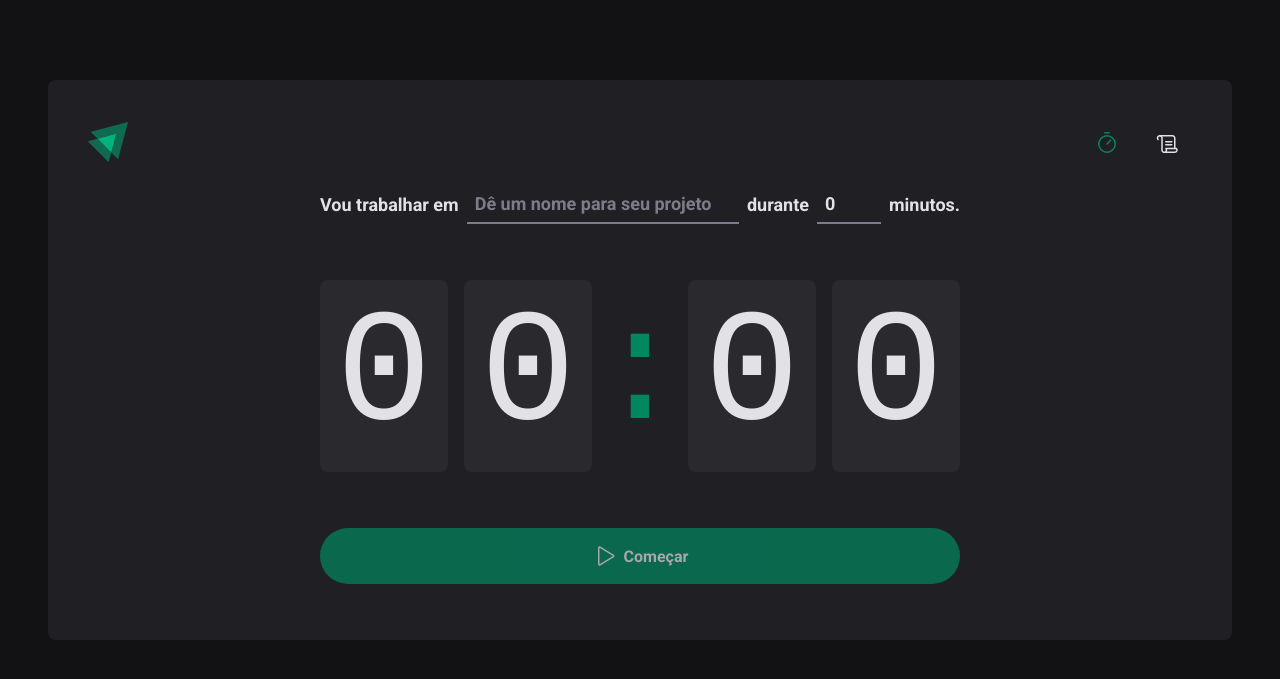
Repository: hercules-ferreira/project-2-timer-todo
Page: /
An editor plug-in stored every save of this project. The page is shown before and after a run of saves, followed by the edit.
The browser window is 1280 px wide. The pictures show the whole page.
The project was rebuilt for these pictures with package versions that can differ from the ones it lists, and the page was loaded fresh each time. Also part of the build but not shown: vite.config.ts, src/pages/History/styles.ts, src/pages/History/index.tsx.

Above is the page before, as saved 2023-08-14 16:04:08.

### index.html
<!doctype html>
<html lang="en">
  <head>
    <meta charset="UTF-8" />
    <link rel="preconnect" href="https://fonts.googleapis.com" />
    <link rel="preconnect" href="https://fonts.gstatic.com" crossorigin />
    <link href="https://fonts.googleapis.com/css2?family=Roboto:wght@400;700&display=swap" rel="stylesheet" />
    <meta name="viewport" content="width=device-width, initial-scale=1.0" />


    <title>Project Timer Todo</title>
  </head>
  <body>
    <div id="root"></div>
    <script type="module" src="/src/main.tsx"></script>
  </body>
</html>

### src/App.tsx
import { ThemeProvider } from "styled-components";
import { defaultTheme } from "./styles/themes/default";
import { GlobalStyle } from "./styles/global";
import { Router } from "./Router";
import { BrowserRouter } from "react-router-dom";
import { createContext } from "react";

export function App() {


  return (
    <BrowserRouter>
      <ThemeProvider theme={defaultTheme}>
        <Router />
        <GlobalStyle />
      </ThemeProvider>
    </BrowserRouter>
  );
}

### src/styles/themes/default.ts
export const defaultTheme = {
    white: "#FFF",

    'gray-100': '#E1E1E6',
    'gray-300': '#C4C4CC',
    'gray-400': '#8D8D99',
    'gray-500': '#7C7C8A',
    'gray-600': '#323238',
    'gray-700': '#29292E',
    'gray-800': '#202024',
    'gray-900': '#121214',

    'green-300': '#00B37E',
    'green-500': '#00875F',
    'green-700': '#015F43',

    'red-500': '#AB222E',
    'red-700': '#7A1921',

    'yellow-500': '#FBA94C',
  }

### src/styles/global.ts
import { createGlobalStyle } from "styled-components";


export const GlobalStyle = createGlobalStyle`

*{
    margin: 0;
    padding: 0;
    box-sizing: border-box;
}

:focus{
    outline: 0;
    box-shadow: 0 0 0 2px ${props => props.theme['gray-500']}
}

body{
    background: ${props => props.theme['gray-900']};
    color: ${props => props.theme['gray-300']};
    -webkit-font-smoothing: antialiased;
}

body, input, textarea, button{
    font-family: 'Roboto', sans-serif;
    font-weight: 400;
    font-size: 1rem;
}`;

### src/Router.tsx
import { Route, Routes } from "react-router-dom"
import { Home } from "./pages/Home"
import { History } from "./pages/History"
import { DefaultLayout } from "./layouts/DefaultLayout"

export function Router(){
    return(
        <Routes>

            <Route path="/" element={<DefaultLayout />}>

                <Route path="/" element={<Home />} />
                <Route path="/history" element={<History />} />

            </Route>





        </Routes>

    )
}

### src/pages/Home/index.tsx
import { HandPalm, Play } from "phosphor-react";
import { FormProvider, useForm } from "react-hook-form";
import { zodResolver } from "@hookform/resolvers/zod";
import * as zod from "zod";
import { createContext, useState } from "react";

import {
  HomeContainer,
  StartCountDownButton,
  StopCountDownButton,
} from "./styles";

import { NewCycleForm } from "./components/NewCycleForm";
import { Countdown } from "./components/Countdown";

interface Cycle {
  id: string;
  task: string;
  minutesAmount: number;
  startDate: Date;
  interruptDate?: Date;
  finishDate?: Date;
}

interface CycleContextType {
  activeCycle: Cycle | undefined;
  activeCycleId: string | null;
  amountSecondsPassed: number;
  markCurrentCycleAsFinished: () => void;
  setSecondsPassed: (seconds: number) => void;
}

export const CycleContext = createContext({} as CycleContextType);

const newCycleFormValidationSchema = zod.object({
  task: zod.string().min(3, "Informe no mínimo 3 caracteres!"),
  minutesAmount: zod
    .number()
    .min(1, "O ciclo de tempo deve ter no mínimo 5 minutos!")
    .max(60, "O ciclo de tempo deve ter no máximo 60 minutos!"),
});

type NewCycleFormData = zod.infer<typeof newCycleFormValidationSchema>;

export function Home() {
  const [cycles, setCycles] = useState<Cycle[]>([]);
  const [activeCycleId, setActiveCycleId] = useState<string | null>(null);
  const [amountSecondsPassed, setAmountSecondsPassed] = useState(0);

  const newCycleForm = useForm<NewCycleFormData>({
    resolver: zodResolver(newCycleFormValidationSchema),
    defaultValues: {
      task: "",
      minutesAmount: 0,
    },
  });

  const { handleSubmit, watch, reset } = newCycleForm;

  const activeCycle = cycles.find((cycle) => cycle.id === activeCycleId);

  function setSecondsPassed(seconds: number) {
    setAmountSecondsPassed(seconds);
  }

  function markCurrentCycleAsFinished() {
    setCycles((state) =>
      state.map((cycle) => {
        if (cycle.id === activeCycleId) {
          return { ...cycle, finishDate: new Date() };
        } else {
          return cycle;
        }
      })
    );
  }

  function handleCreateNewCycle(data: NewCycleFormData) {
    const id = String(new Date().getTime());

    const newCycle: Cycle = {
      id,
      task: data.task,
      minutesAmount: data.minutesAmount,
      startDate: new Date(),
    };
    console.log({ newCycle });

    setCycles([...cycles, newCycle]);
    setActiveCycleId(id);
    setAmountSecondsPassed(0);

    reset();
  }

  function handleInterruptCycle() {
    setCycles((state) =>
      state.map((cycle) => {
        if (cycle.id === activeCycleId) {
          return { ...cycle, interruptDate: new Date() };
        } else {
          return cycle;
        }
      })
    );
    setActiveCycleId(null);
  }

  const task = watch("task");
  const isSubmitDisabled = !task;

  console.log(cycles);

  return (
    <>
      <HomeContainer>
        <form onSubmit={handleSubmit(handleCreateNewCycle)} action="">
          <CycleContext.Provider
            value={{
              activeCycle,
              activeCycleId,
              markCurrentCycleAsFinished,
              amountSecondsPassed,
              setSecondsPassed,
            }}
          >
            <FormProvider {...newCycleForm}>
              <NewCycleForm />
            </FormProvider>
            <Countdown />
          </CycleContext.Provider>

          {activeCycle ? (
            <StopCountDownButton onClick={handleInterruptCycle} type="button">
              <HandPalm size={24} />
              Interromper
            </StopCountDownButton>
          ) : (
            <StartCountDownButton disabled={isSubmitDisabled} type="submit">
              <Play size={24} />
              Começar
            </StartCountDownButton>
          )}
        </form>
      </HomeContainer>
    </>
  );
}

### src/layouts/DefaultLayout/index.tsx
import { Outlet } from "react-router-dom"
import { LayoutContainer } from "./styles"
import { Header } from "../../components/Header"

export function DefaultLayout(){
    return(

        <>
        <LayoutContainer>

        <Header />
       <Outlet />

        </LayoutContainer>
        </>
    )
}

### src/pages/Home/styles.ts
import styled from "styled-components";

export const HomeContainer = styled.main`
flex: 1;
display: flex;
flex-direction: column;
align-items: center;
justify-content: center;

    form{
        display: flex;
        flex-direction: column;
        align-items: center;
        gap: 3.5rem
    }
`;



export const BaseCountDownButton = styled.button`
width: 100%;
border: 0;
padding: 1rem;
border-radius: 8rem;

display: flex;
align-items: center;
justify-content: center;

gap: .5rem;
font-weight: bold;
cursor: pointer;


&:disabled{
    opacity: 0.7;
    cursor: not-allowed;
}
`;


export const StartCountDownButton = styled(BaseCountDownButton)`
background: ${(props) => props.theme['green-500']};
color: ${(props) => props.theme['gray-100']};

&:not(:disabled):hover{
    background: ${(props) => props.theme['green-700']}
}

`


export const StopCountDownButton = styled(BaseCountDownButton)`
background: ${(props) => props.theme['red-500']};
color: ${(props) => props.theme['gray-100']};



&:not(:disabled):hover{
    background: ${(props) => props.theme['red-700']}
}


`

### src/pages/Home/components/NewCycleForm/index.tsx
import { FormContainer, TaskInput, MinutesAmountInput} from './styles';
import { useFormContext } from 'react-hook-form';
import { useContext } from 'react';
import { CycleContext } from '../..';


export function NewCycleForm() {
  const { activeCycle } = useContext(CycleContext)
  const { register } = useFormContext()


  return (
    <FormContainer>
      <label htmlFor="task">Vou trabalhar em</label>
      <TaskInput
        id="task"
        list="task-suggestion"
        placeholder="Dê um nome para seu projeto"
        disabled={!!activeCycle}
        {...register("task")}
      />
      <datalist id="task-suggestion">
        <option value="projeto 1" />
        <option value="projeto 2" />
        <option value="projeto 3" />
      </datalist>

      <label htmlFor="minutesAmount">durante</label>
      <MinutesAmountInput
        type="number"
        id="minutesAmount"
        placeholder="00"
        step={5}
        min={1}
        max={60}
        disabled={!!activeCycle}
        {...register("minutesAmount", { valueAsNumber: true })}
      />
      <span>minutos.</span>
    </FormContainer>
  );
}

### src/pages/Home/components/Countdown/index.tsx
import { CountdownContainer, Separator } from "./styles";
import { useEffect, useContext } from "react";
import { differenceInSeconds } from "date-fns";
import { CycleContext } from "../..";


export function Countdown() {

const {activeCycle, activeCycleId, markCurrentCycleAsFinished, amountSecondsPassed, setSecondsPassed} = useContext(CycleContext)


  const totalSeconds = activeCycle ? activeCycle.minutesAmount * 60 : 0;



  useEffect(() => {
    let interval: number;

    if (activeCycle) {
      interval = setInterval(() => {
        const secondsDifference = differenceInSeconds(
          new Date(),
          activeCycle.startDate
        );
        if (secondsDifference >= totalSeconds) {

          markCurrentCycleAsFinished()

          setSecondsPassed(totalSeconds);

          clearInterval(interval);
        } else {
          setSecondsPassed(secondsDifference);
        }
      }, 1000);
    }

    return () => {
      clearInterval(interval);
    };
  }, [activeCycle, totalSeconds, activeCycleId, markCurrentCycleAsFinished, setSecondsPassed]);


  const currentSeconds = activeCycle ? totalSeconds - amountSecondsPassed : 0;

  const minutesAmount = Math.floor(currentSeconds / 60);
  const secondsAmount = currentSeconds % 60;

  const minutes = String(minutesAmount).padStart(2, "0");
  const seconds = String(secondsAmount).padStart(2, "0");

  useEffect(() => {
    if (activeCycle) {
      document.title = `${minutes}:${seconds}`;
    }
  }, [minutes, seconds, activeCycle]);

  return (
    <CountdownContainer>
      <span>{minutes[0]}</span>
      <span>{minutes[1]}</span>
      <Separator>:</Separator>
      <span>{seconds[0]}</span>
      <span>{seconds[1]}</span>
    </CountdownContainer>
  );
}

### src/layouts/DefaultLayout/styles.ts
import styled from "styled-components";


export const LayoutContainer = styled.div`
    max-width: 74rem;
    height: calc(100vh - 10rem);
    margin: 5rem auto;
    padding: 2.5rem;

    background: ${props => props.theme['gray-800']};
    border-radius: 8px;

    display: flex;
    flex-direction: column;

`;

### src/components/Header/index.tsx
import { HeaderContainer } from "./styles";
import logo from '../../assets/Logo.svg'
import { Timer, Scroll } from "phosphor-react";
import { NavLink } from "react-router-dom";


export function Header(){
    return(

        <>
    <HeaderContainer>
<span><img src={logo} alt="logo"/></span>
        <nav>
        <NavLink to="" title='Timer'>
            <Timer size={24} />
        </NavLink>
        <NavLink to="history" title="Histórico">
          <Scroll size={24} />
        </NavLink>
        </nav>
    </HeaderContainer>

        </>
    )
}

### src/pages/Home/components/NewCycleForm/styles.ts
import styled from "styled-components";


export const FormContainer = styled.div`
width: 100%;
display: flex;
align-items: center;
gap: .5rem;
color: ${props=> props.theme['gray-100']};
font-size: 1.125rem;
font-weight: bold;
flex-wrap: wrap;
`;


const BaseInput = styled.input`
background: transparent;
height: 2.5rem;
border: 0;
border-bottom: 2px solid ${(props) => props.theme['gray-500']};
font-weight: bold;
font-size: 1.125rem;
padding: 0 .5rem;
color: ${(props)=> props.theme['gray-100']};

&::placeholder{
    color: ${(props) => props.theme['gray-500']}
}
&:focus{
    box-shadow: none;
    border-color: ${(props) => props.theme['green-500']}
}


`;



export const TaskInput = styled(BaseInput)`
flex: 1;
&::-webkit-calendar-picker-indicator{
    display:none !important;
}
`;

export const MinutesAmountInput = styled(BaseInput)`
width: 4rem;

`;

### src/pages/Home/components/Countdown/styles.ts
import styled from "styled-components";


export const CountdownContainer = styled.div`
font-family: 'Roboto Mono', monospace;
font-size: 10rem;
line-height: 8rem;
color: ${(props) => props.theme['gray-100']};

display: flex;
gap: 1rem;

span{
    background: ${(props) => props.theme['gray-700']};
    padding: 2rem 1rem;
    border-radius: 8px;
}
`;


export const Separator = styled.div`
padding: 2rem;
color: ${(props) => props.theme['green-500']};
width: 4rem;
overflow: hidden;
display: flex;
justify-content: center;

`;

### src/components/Header/styles.ts
import styled from "styled-components";


export const HeaderContainer = styled.header`
display: flex;
align-items: center;
justify-content: space-between;

nav{
    display: flex;
    gap: .8rem;


    a{
        width: 3rem;
        height: 3rem;
        display: flex;

        justify-content: center;
        align-items: center;

        color: ${(props) => props.theme['gray-100']};

        border-top: 3px solid transparent;
        border-bottom: 3px solid transparent;

        &:hover{
            border-bottom: 3px solid ${(props) => props.theme['green-500']}
        }

        &.active{
            color: ${(props) => props.theme['green-500']}

        }
    }
}`

### src/components/context/CyclesContext.tsx
import { createContext, useState } from "react";

interface CreateCycleDate {
  task: string;
  minutesAmount: number;
}

interface Cycle {
  id: string;
  task: string;
  minutesAmount: number;
  startDate: Date;
  interruptDate?: Date;
  finishDate?: Date;
}

interface CycleContextType {
  activeCycle: Cycle | undefined;
  activeCycleId: string | null;
  amountSecondsPassed: number;
  markCurrentCycleAsFinished: () => void;
  setSecondsPassed: (seconds: number) => void;
  createNewCycle: (data: CreateCycleDate) => void;
  interruptCurrentCycle: () => void;
}

export const CycleContext = createContext({} as CycleContextType);

export function CyclesContextProvider() {
  const [cycles, setCycles] = useState<Cycle[]>([]);
  const [activeCycleId, setActiveCycleId] = useState<string | null>(null);
  const [amountSecondsPassed, setAmountSecondsPassed] = useState(0);

  const activeCycle = cycles.find((cycle) => cycle.id === activeCycleId);

  function setSecondsPassed(seconds: number) {
    setAmountSecondsPassed(seconds);
  }

  function markCurrentCycleAsFinished() {
    setCycles((state) =>
      state.map((cycle) => {
        if (cycle.id === activeCycleId) {
          return { ...cycle, finishDate: new Date() };
        } else {
          return cycle;
        }
      })
    );
  }

  function createNewCycle(data: CreateCycleDate) {
    const id = String(new Date().getTime());

    const newCycle: Cycle = {
      id,
      task: data.task,
      minutesAmount: data.minutesAmount,
      startDate: new Date(),
    };
    console.log({ newCycle });

    setCycles([...cycles, newCycle]);
    setActiveCycleId(id);
    setAmountSecondsPassed(0);

    // reset();
  }

  function interruptCurrentCycle() {
    setCycles((state) =>
      state.map((cycle) => {
        if (cycle.id === activeCycleId) {
          return { ...cycle, interruptDate: new Date() };
        } else {
          return cycle;
        }
      })
    );
    setActiveCycleId(null);
  }

  return (
    <CycleContext.Provider
      value={{
        activeCycle,
        activeCycleId,
        markCurrentCycleAsFinished,
        amountSecondsPassed,
        setSecondsPassed,
        createNewCycle,
        interruptCurrentCycle,
      }}
    ></CycleContext.Provider>
  );
}

Loaded but not shown: src/main.tsx (common file)

After the next 2 saves:
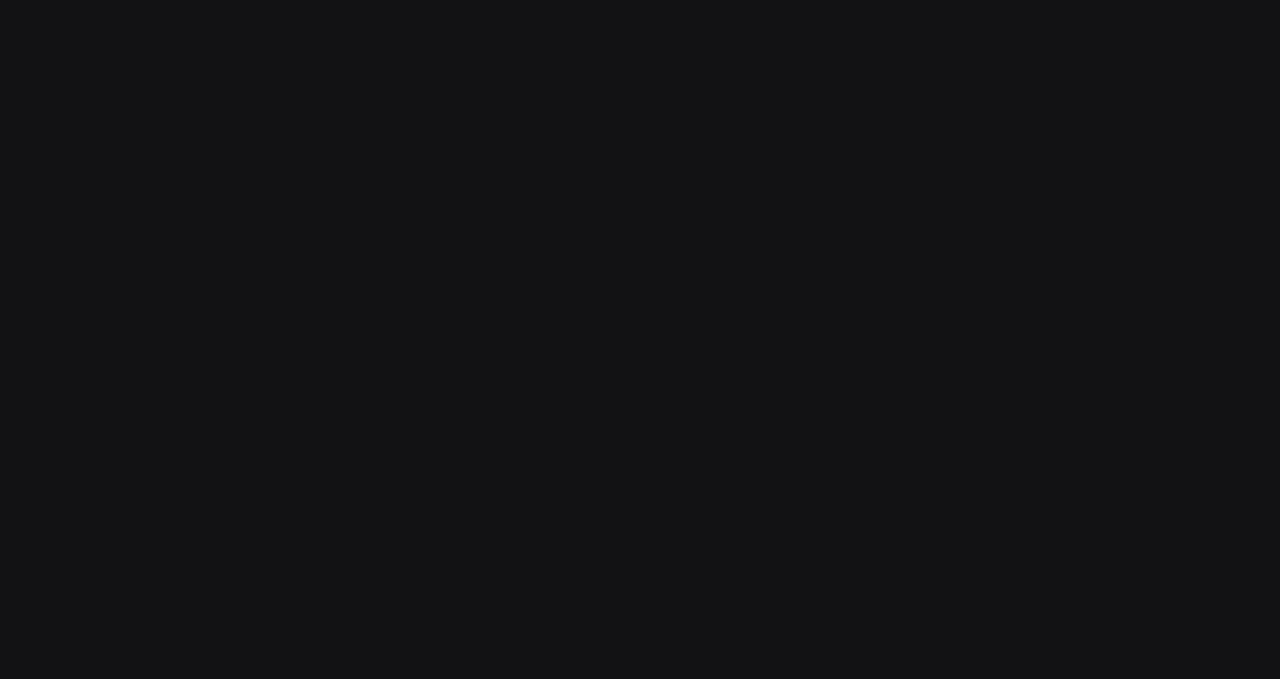
The 2 saves are shown as one change because they came seconds apart.
The last was saved 95 s later.
--- a/src/App.tsx
+++ b/src/App.tsx
@@ -3,15 +3,18 @@
 import { GlobalStyle } from "./styles/global";
 import { Router } from "./Router";
 import { BrowserRouter } from "react-router-dom";
-import { createContext } from "react";
+import { CyclesContextProvider } from "./components/context/CyclesContext";
 
 export function App() {
-
-
   return (
     <BrowserRouter>
       <ThemeProvider theme={defaultTheme}>
+<CyclesContextProvider>
+
         <Router />
+
+</CyclesContextProvider>
+
         <GlobalStyle />
       </ThemeProvider>
     </BrowserRouter>

After the 3 saves that followed:
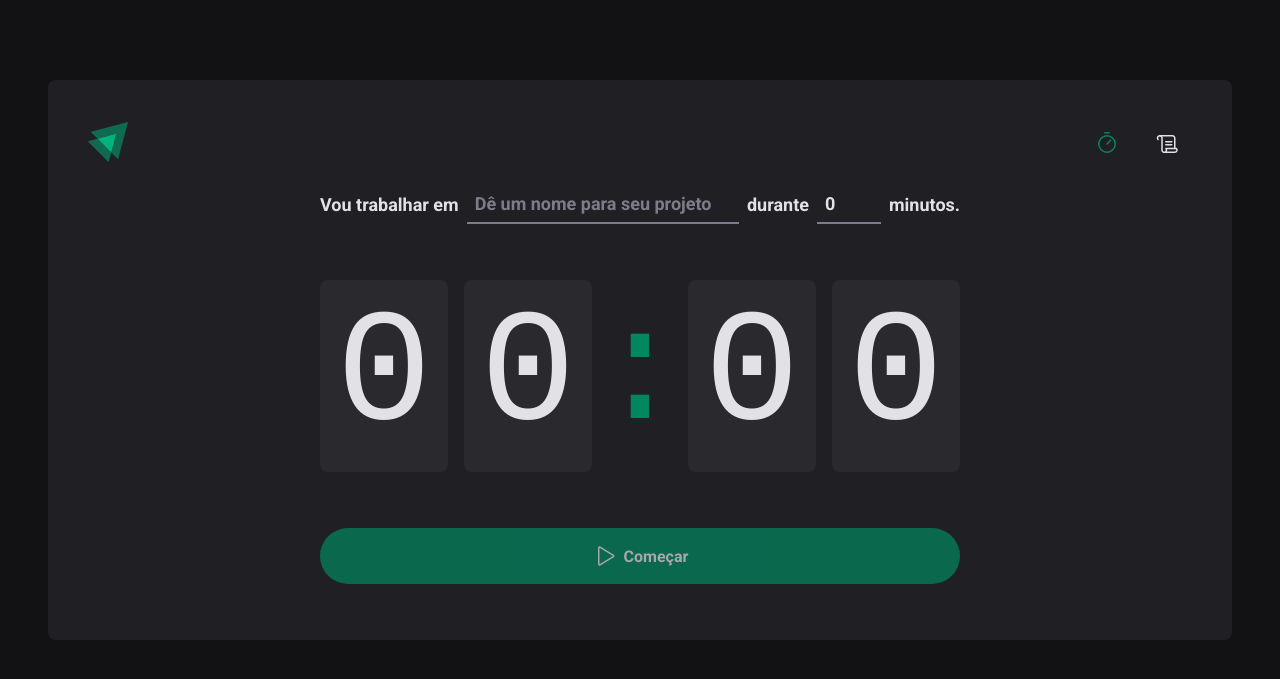
The 3 saves are shown as one change because 2 left the picture as it was.
The last was saved 3 min 21 s later.
--- a/src/App.tsx
+++ b/src/App.tsx
@@ -9,12 +9,9 @@
   return (
     <BrowserRouter>
       <ThemeProvider theme={defaultTheme}>
-<CyclesContextProvider>
-
-        <Router />
-
-</CyclesContextProvider>
-
+        <CyclesContextProvider>
+          <Router />
+        </CyclesContextProvider>
         <GlobalStyle />
       </ThemeProvider>
     </BrowserRouter>
--- a/src/components/context/CyclesContext.tsx
+++ b/src/components/context/CyclesContext.tsx
@@ -26,7 +26,7 @@ interface CycleContextType {
 
 export const CycleContext = createContext({} as CycleContextType);
 
-export function CyclesContextProvider() {
+export function CyclesContextProvider({children}) {
   const [cycles, setCycles] = useState<Cycle[]>([]);
   const [activeCycleId, setActiveCycleId] = useState<string | null>(null);
   const [amountSecondsPassed, setAmountSecondsPassed] = useState(0);
@@ -91,6 +91,6 @@ export function CyclesContextProvider() {
         createNewCycle,
         interruptCurrentCycle,
       }}
-    ></CycleContext.Provider>
+    >{children}</CycleContext.Provider>
   );
 }
